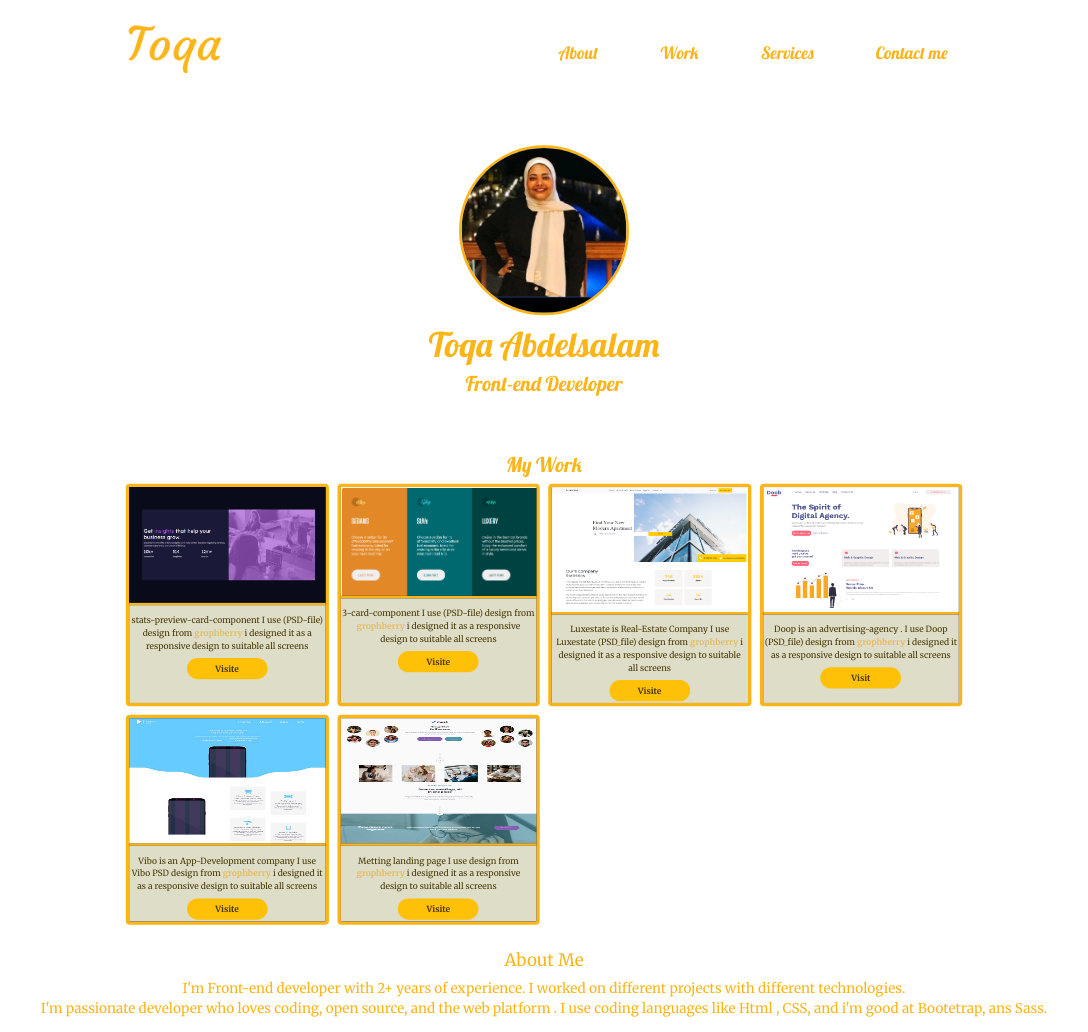
Repository: Toqa-25/portfolio
Page: index.html
An editor plug-in stored every save of this project. The page is shown before and after a run of saves, followed by the edit.
The browser window is 1280 px wide. The pictures show the whole page, at 85% of full size.
Some web fonts or font styles are not loaded; a fallback is used.

Above is the page before, as saved 2021-10-31 18:14:12.

### index.html
<!DOCTYPE html>
<html lang="en">
<head>
    <meta charset="UTF-8">
    <meta http-equiv="X-UA-Compatible" content="IE=edge">
    <meta name="viewport" content="width=device-width, initial-scale=1.0">
    <title>Toqa Portfolio</title>
      <!-- bootstrap file -->
      <link rel="stylesheet" href="css/all.min.css">
      <link rel="stylesheet" href="css/bootstrap.css">
      <!-- css file -->
      <link rel="stylesheet" href="css/style.css">
      <!-- fonts -->
      <link rel="preconnect" href="https://fonts.googleapis.com">
<link rel="preconnect" href="https://fonts.gstatic.com" crossorigin>
<link href="https://fonts.googleapis.com/css2?family=Lobster&family=Otomanopee+One&display=swap" rel="stylesheet">
<link rel="preconnect" href="https://fonts.googleapis.com">
<link rel="preconnect" href="https://fonts.gstatic.com" crossorigin>
<link href="https://fonts.googleapis.com/css2?family=Merriweather:ital,wght@0,300;0,400;0,700;0,900;1,300;1,400;1,700;1,900&display=swap" rel="stylesheet">
<link rel="preconnect" href="https://fonts.googleapis.com">
<link rel="preconnect" href="https://fonts.gstatic.com" crossorigin>
<link href="https://fonts.googleapis.com/css2?family=Bebas+Neue&family=Oswald:wght@200;300;400;500;600;700&display=swap" rel="stylesheet">
</head>
<body>
        <!-- header section -->
    <header class="pad">
       <div class="container">
         <div class="header-content">
           <div class="header-logo">
             <img src="images/logo.png" alt="logo">
           </div>
           <div class="bar">
             <svg xmlns="http://www.w3.org/2000/svg" width="35" height="35" fill="#fbb519" class="bi bi-list" viewBox="0 0 16 16">
               <path fill-rule="evenodd" d="M2.5 12a.5.5 0 0 1 .5-.5h10a.5.5 0 0 1 0 1H3a.5.5 0 0 1-.5-.5zm0-4a.5.5 0 0 1 .5-.5h10a.5.5 0 0 1 0 1H3a.5.5 0 0 1-.5-.5zm0-4a.5.5 0 0 1 .5-.5h10a.5.5 0 0 1 0 1H3a.5.5 0 0 1-.5-.5z"/>
             </svg>
              <ul class="hidden-list unlist list">
              <li>About</li>
              <li>Work</li>
              <li>Services</li>
              <li>Contact me</li>
              <li>Reviews</li>
            </ul>
           </div>
           <div class="header-nav">
             <ul class="list unlist">
                 <li>About</li>
                 <li>Work</li>
                 <li>Services</li>
                 <li>Contact me</li>
                 <!-- <li>Reviews</li> -->
             </ul>

           </div>
         </div>
         </div>
        </header><!-- end header section -->
        <!-- information  section -->
    <section  class="inform pad">
      <div class="main-inform " role="main">
        <div class="inform-info">
        <img src="images/toqa.jpg" alt=""><br>
        <h1>Toqa Abdelsalam</h1>
        <h4>Front-end Developer</h4>
      </div>
      </div>
    </section> <!-- end information  section -->

      <!-- my-work  section -->
      <section class="pad work">
        <div class="container">
          <h4 class="work-head">My Work</h4>
          <div class="work-content">
      <div class="project card" role="menu">
        <div class="card-img">
          <img src="images/toqa-25.github.io_stats-preview-card-component-main_.png" alt="">
        </div>
        <div class="card-info">

        </div>
        <p>stats-preview-card-component
      I use  (PSD-file) design from <span> <a href="https://www.frontendmentor.io/">grophberry</a></span>
  i designed it as a responsive design to suitable all screens <br>
  <button><a href="https://toqa-25.github.io/stats-preview-card-component-main/">Visite</a></button>
 </p>
 </div>
      <div class="project card" role="menu">
        <img src="images/toqa-25.github.io_3-cards-component3_.png" alt="">
        <p>3-card-component
      I use (PSD-file) design from <span> <a href="https://www.frontendmentor.io/">grophberry</a></span>
  i designed it as a responsive design to suitable all screens <br>
  <button><a href="https://toqa-25.github.io/3-cards-component/">Visite</a></button>
 </p>
 </div>
      <div class="project card" role="menu">
          <img src="images/destop-luxestate - Copy (1).png" alt="">
          <p>Luxestate is Real-Estate Company
        I use Luxestate (PSD_file) design from <span> <a href="https://www.graphberry.com/">grophberry</a></span>
    i designed it as a responsive design to suitable all screens <br>
    <button><a href="https://toqa-25.github.io/luxstate-project-/">Visite</a></button>
   </p>
   </div>
      <div class="project card" role="menu">
          <img src="images/web_design.png" alt="">
          <p>Doop is an advertising-agency .
        I use Doop (PSD_file) design from <span> <a href="https://www.graphberry.com/">grophberry</a></span>
    i designed it as a responsive design to suitable all screens <br>
    <button><a href="https://toqa-25.github.io/simply-agency/">Visit </a></button>
   </p>
   </div>
      <div class="project card" role="menu">
        <img src="images/Vibo_App(desktop)_toqa-25.github.io2.png" alt="">
          <p>Vibo is an App-Development company
        I use Vibo PSD design from <span> <a href="https://www.graphberry.com/">grophberry</a></span>
    i designed it as a responsive design to suitable all screens <br>
    <button><a href="https://toqa-25.github.io/vibo-app/">Visite</a></button>
   </p>
   </div>
   <div class="project card" role="menu">
    <img src="images/toqa-25.github.io_landing-meeting-page_desktop.png" alt="">
    <p>Metting landing page
  I use  design from <span> <a href="https://www.frontendmentor.io/">grophberry</a></span>
i designed it as a responsive design to suitable all screens <br>
<button><a href="https://toqa-25.github.io/landing-meeting-page/">Visite</a></button>
</p>
</div>
   </div>
   </div>
      </section>

      <section class="section about">

          <h5>About Me</h5>
      <p> I'm Front-end developer with 2+ years of experience. I worked on different projects with different technologies. <br>
       I'm passionate developer who loves coding, open source, and the web platform .
       I use coding languages like Html , CSS, and i'm good at Bootetrap, ans Sass. </p>
      </section>

</body>
</html>

### css/style.css
/*
    public style
***********************
*/
:root{
    --main-color:#fbb519;
    --section-padding:30px;
}
* , *:after , *:before{
    box-sizing: border-box;
    margin: 0;
    padding: 0;
}
body{
    font-family: 'Merriweather', serif;
    color:var(--main-color);
}
.pad{
    padding: var(--section-padding) 0;
}
.container
{
  width: 80%;
  margin:auto;
  padding: 0 20px;
}
 .pad h5{
    text-align: center;
    font-family: 'Lobster';
    margin-bottom: 15px;
 }
 .unlist{
     list-style: none;
 }
/*
    header style
***********************
*/
 header{
    font-family: 'Lobster', cursive;
 }
 .header-content{
    display: flex;
}
.header-logo{
    width:50%;
}
.bar{
    position: relative;
    display: none;
    margin: auto 20px;
     transition: .2s;
     cursor: pointer;
     width: 50%;
    /* text-align: right; */
    justify-content: flex-end;
}
 .header-nav{
   min-width: 50%;
    display: flex;
    justify-content: flex-end;
 }
 .header-nav .list{
     width: 100%;
     display: flex;
     justify-content: space-between;
     align-items: center;
     padding: 17px;
 }
  .list li{
     font-size: 20px;
     transition: .2s;
     -webkit-transition: .2s;
     -moz-transition: .2s;
     -ms-transition: .2s;
     -o-transition: .2s;
     cursor: pointer;
     margin-bottom: 2px;
    }
     .list li:hover{
        border-bottom: 2px solid var(--main-color);
    }
    .hidden-list{
         text-align: center;
         position: absolute;
         width: 120px;
         top: 3px;
         right: -70px;
         background-color: #f5f5dc91;
         padding: 10px;
         border-radius: 25px;
         -webkit-border-radius: 25px;
         -moz-border-radius: 25px;
         -ms-border-radius: 25px;
         -o-border-radius: 25px;
         transition: .2s;
         -webkit-transition: .2s;
         -moz-transition: .2s;
         -ms-transition: .2s;
         -o-transition: .2s;
         visibility: hidden;
         display: none;
}
/* media quary for header*/
 @media (max-width: 991px){
   .header-nav {
      display: none;
  }
  .bar{
      display: flex;
  }
  .bar:hover .hidden-list{
    visibility: visible;
    display: block;
  }
}
/*
    my-information&image style
  ********************************
 */
 .main-inform{
     color: var(--main-color);
    text-align: center;
    height: 300px;
    display: flex;
    align-items: center;
    justify-content: center;
    font-family: 'Lobster', cursive;
}
.main-inform img{
    width: 200px;
    height: 200px;
    border:3px solid;
    border-radius: 50%;
    -webkit-border-radius: 50%;
     -moz-border-radius: 50%;
     -ms-border-radius: 50%;
     -o-border-radius: 50%;
     margin-bottom: 10px;
    }
/*
    my-work style
********************************
*/
.work{
    text-align: center;
}
 .work-content{
    display: grid;
    grid-template-columns:repeat(4,1fr);
    gap:10px;
 }
 .work .work-head{
    text-align: center;
    font-family: 'Lobster';
 }
.card {
    width: 100%;
    height: 100%;
    position: relative;
    display: flex;
    flex-direction: column;
    min-width: 0;
    word-wrap: break-word;
    background-color: black;
    background-clip: border-box;
    border: 4px solid var(--main-color);
    border-radius: 0.3rem;
}

.card img{
    max-width:100%;
    max-height: 150px;
    border-bottom: 3px solid;
}
.card img:hover{
   transform: scale(1.1);
   -webkit-transform: scale(1.1);
   -moz-transform: scale(1.1);
   -ms-transform: scale(1.1);
   -o-transform: scale(1.1);
}
.card p{
    margin-bottom: 1rem;
    background-color: black;
    font-size: 10px;
    padding: 2px;
    margin: 0px;
    margin-top: 0px;
    width: 100%;
    height: 100%;
    text-align: center;
    color:#483705;
    background-color: #f5f5dce8;
    padding-top: 10px;

}
.card p a{
    text-decoration: none;
    color: #e2bc66;
    font-weight: bolder;
}
.card p:hover{

}

.card button{
    width: 95px;
    text-align: center;
    background-color: #ffc107;
    border: none;
    border-radius: 15px;
    padding: 5px;
    margin-top: 7px;
}
.card button:hover{
    width:120px;
    padding: 10px;
}
.card button a{
    text-decoration: none;
    color: #483705;
}

.about{
    text-align: center;

}

/*
           media quary style
    ***************************************
        //extra small devices @media (maxwidth:575px)
        //small devices @media (maxwidth:767px)
        //medium devices @media (maxwidth:991px)
        //large devices @media (maxwidth:1199px)
*/

Loaded but not shown: css/all.min.css (library); css/bootstrap.css (library)

After the next 3 saves:
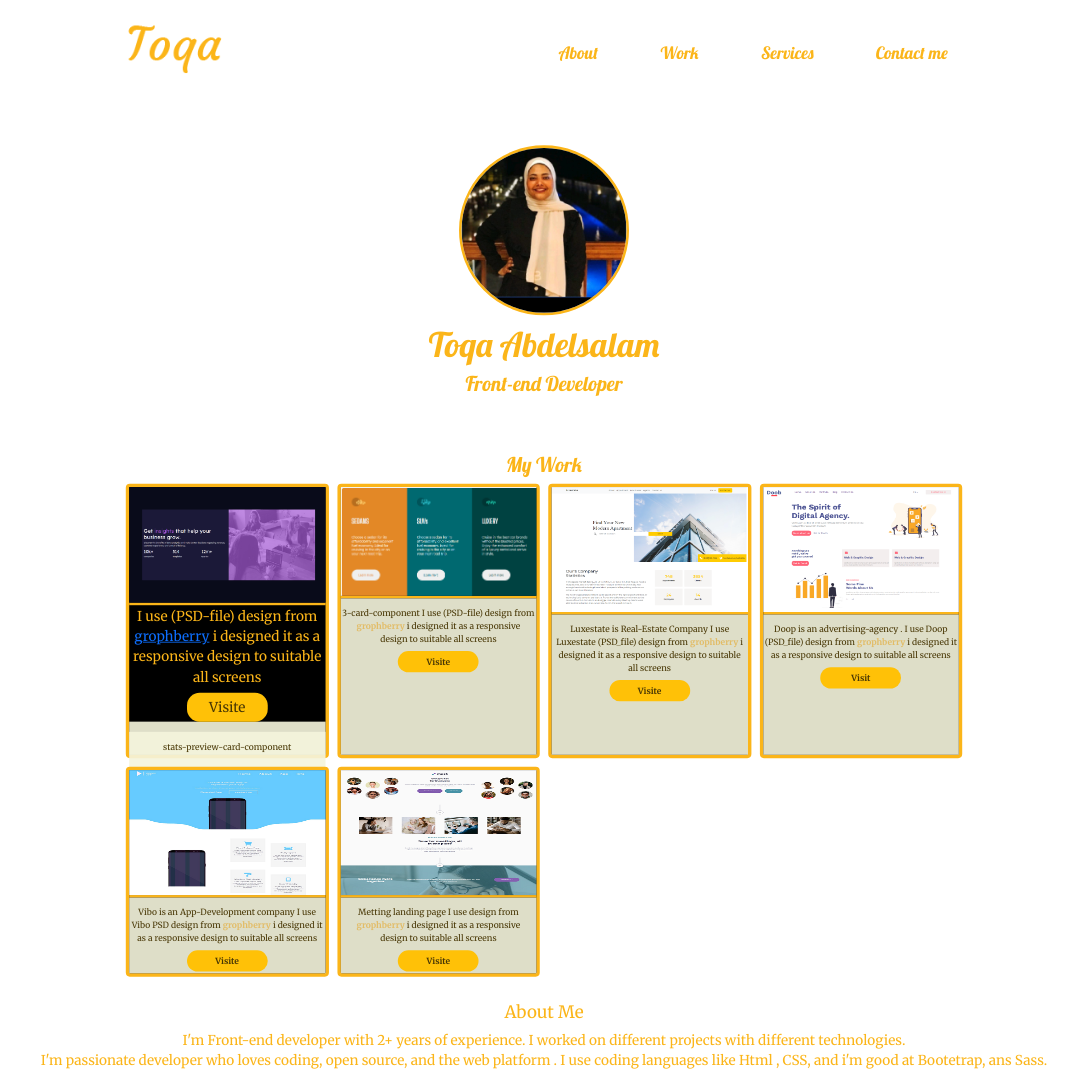
The 3 saves are shown as one change because they came seconds apart.
The last was saved 17 s later.
--- a/index.html
+++ b/index.html
@@ -76,12 +76,12 @@
         </div>
         <div class="card-info">
 
+            I use  (PSD-file) design from <span> <a href="https://www.frontendmentor.io/">grophberry</a></span>
+        i designed it as a responsive design to suitable all screens <br>
+        <button><a href="https://toqa-25.github.io/stats-preview-card-component-main/">Visite</a></button>
+      </p>
         </div>
         <p>stats-preview-card-component
-      I use  (PSD-file) design from <span> <a href="https://www.frontendmentor.io/">grophberry</a></span>
-  i designed it as a responsive design to suitable all screens <br>
-  <button><a href="https://toqa-25.github.io/stats-preview-card-component-main/">Visite</a></button>
- </p>
  </div>
       <div class="project card" role="menu">
         <img src="images/toqa-25.github.io_3-cards-component3_.png" alt="">
